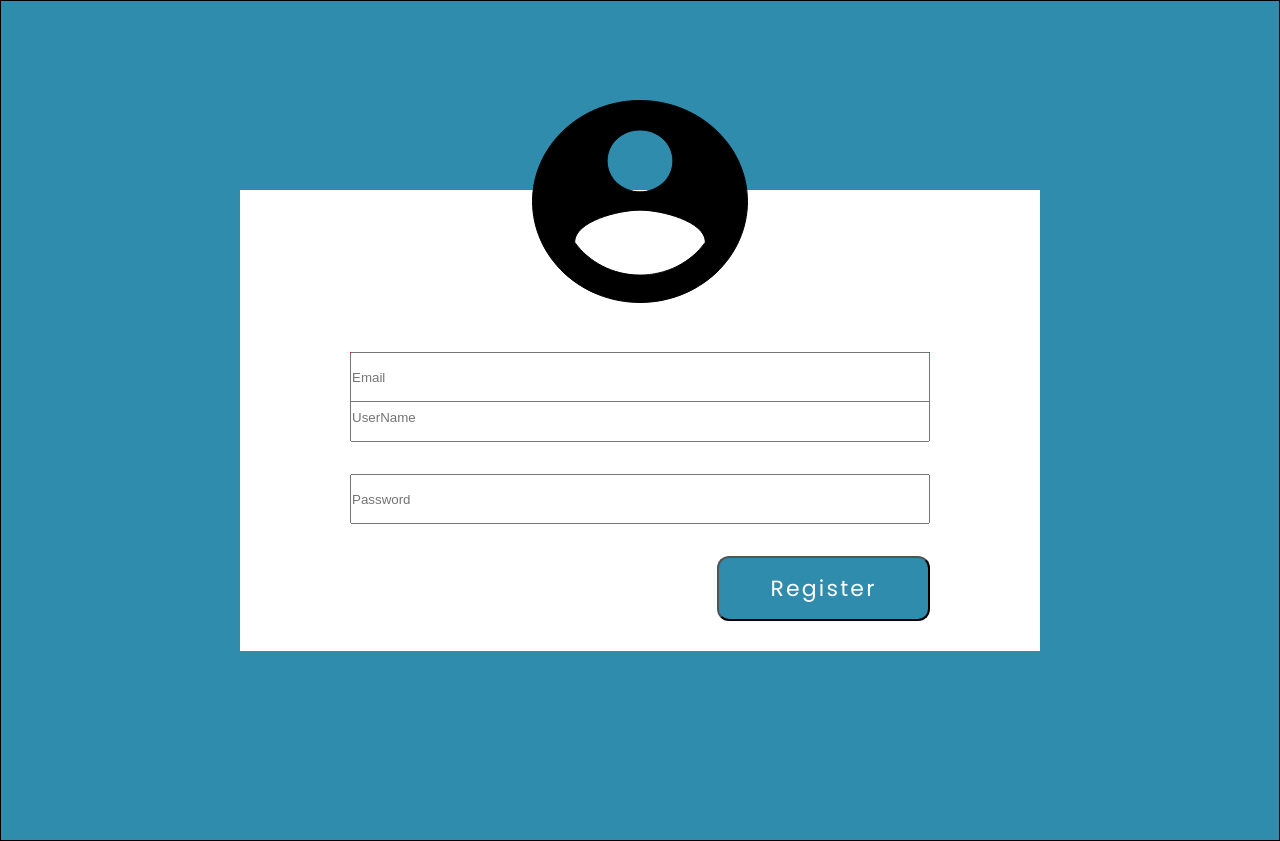
Repository: SabrinaSeydaliyeva/Agency-website
Page: pages/registerPage/index.html
The author's editor kept a copy of each file at every save. The page is drawn from the files as they stood at one save, then again after the next save.
The browser window is 1280 px wide. The pictures show the whole page.
The style sheet was rebuilt from its Sass, Less or Tailwind sources for each picture, by a compiler version that may differ from the author's.

Above is the page before, as saved 2023-09-14 16:09:51.

### pages/registerPage/index.html
<!DOCTYPE html>
<html lang="en">
<head>
    <meta charset="UTF-8">
    <meta http-equiv="X-UA-Compatible" content="IE=edge">
    <meta name="viewport" content="width=device-width, initial-scale=1.0">
    <title>Register</title>
    <link rel="stylesheet" href="../../css/reset.css">
    <link rel="stylesheet" href="index.css">
</head>
<body>
    <div class="container">

        <div class="form-box">
            <form action="">
                <label for="">
                    <!-- <svg xmlns="http://www.w3.org/2000/svg" width="22" height="23" viewBox="0 0 22 23" fill="none">
                        <path d="M19.25 4.3125H2.75C2.38533 4.3125 2.03559 4.46395 1.77773 4.73353C1.51987 5.00312 1.375 5.36875 1.375 5.75V17.25C1.375 17.6312 1.51987 17.9969 1.77773 18.2665C2.03559 18.536 2.38533 18.6875 2.75 18.6875H19.25C19.6147 18.6875 19.9644 18.536 20.2223 18.2665C20.4801 17.9969 20.625 17.6312 20.625 17.25V5.75C20.625 5.36875 20.4801 5.00312 20.2223 4.73353C19.9644 4.46395 19.6147 4.3125 19.25 4.3125ZM17.7375 5.75L11 10.6231L4.2625 5.75H17.7375ZM2.75 17.25V6.40406L10.6081 12.0894C10.7232 12.1728 10.8599 12.2176 11 12.2176C11.1401 12.2176 11.2768 12.1728 11.3919 12.0894L19.25 6.40406V17.25H2.75Z" fill="black"/>
                        </svg> -->
                    <input class="email-input" type="email" name="email"  placeholder="Email">
                </label>
                <input class="name-input" type="text" name="name"  placeholder="UserName">
                <input class="password-input" type="password"  placeholder="Password">
<div class="btn">
    <button>Register</button>

</div>
            </form>
        </div>

        <div class="profil-img">
            <img src="./images/profil.svg" alt="">
        </div>

    </div>
</body>
<script src="./index.js"></script>
</html>

### pages/registerPage/index.js
let form=document.querySelector("form")
let emailInput=document.querySelector(".email-input")
let nameInput=document.querySelector(".name-input")
let passwordInput=document.querySelector(".password-input")

form.addEventListener("submit", handleRegister)

function handleRegister(e) {
e.preventDefault()
console.log(emailInput.value);
console.log(nameInput.value);
console.log(passwordInput.value);

let person ={
    email: emailInput.value,
    name: nameInput.value,
    password: passwordInput.value,
}

console.log(person);
}

### pages/registerPage/index.scss
@import url('https://fonts.googleapis.com/css2?family=Poppins&display=swap');

.container {
  width: 100%;
  min-height: 100vh;
  padding: 189px;
  display: flex;
  justify-content: center;
  align-items: center;
  border: 1px solid #000;
  background: #2F8CAD;
  background: #2F8CAD, lightgray 50% / cover no-repeat;

  /* background: lightgray 50% / cover no-repeat; */
  box-shadow: 0px 4px 4px 0px rgba(0, 0, 0, 0.25);

  .profil-img {
    position: absolute;
    top: 100px;
    width: 216px;
    height: 203px;
  }
  .form-box {
    position: relative;
    width: 800px;
    padding: 162px 110px 30px 110px;
    background: #fff;

    form {
      label{
        background-color: red;
        width: 100%;
        height: 40px;
        display: block;
        position: relative;
        img{
          position: absolute;
     top: 50%;
     transform: translateY(-50%);
        }
      }
      input {
        margin-bottom: 32px;
        width: 100%;
        height: 50px;
      }

      .btn {
        display: flex;
        justify-content: flex-end;
        button {
          width: 213px;
          height: 65px;
          border-radius: 12px;
          background: #2f8cad;
          color: #fff;
          text-align: center;
          font-family: Poppins;
          font-size: 22px;
          font-style: normal;
          font-weight: 400;
          line-height: normal;
          letter-spacing: 2.2px;
        }
      }


    }
  }
}

Loaded but not shown: css/reset.css (common file)

After the next save:
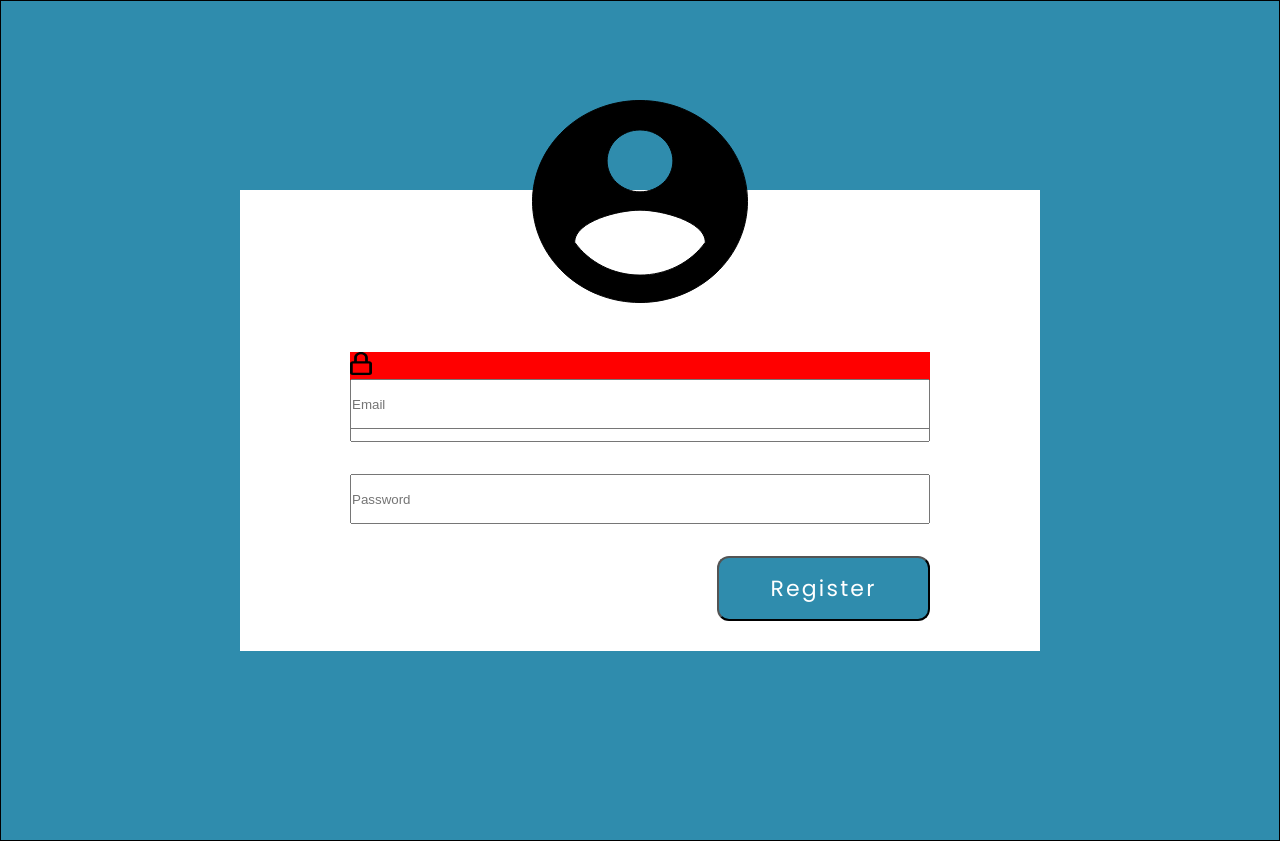
Saved 26 s later.
--- a/pages/registerPage/index.html
+++ b/pages/registerPage/index.html
@@ -17,6 +17,9 @@
                     <!-- <svg xmlns="http://www.w3.org/2000/svg" width="22" height="23" viewBox="0 0 22 23" fill="none">
                         <path d="M19.25 4.3125H2.75C2.38533 4.3125 2.03559 4.46395 1.77773 4.73353C1.51987 5.00312 1.375 5.36875 1.375 5.75V17.25C1.375 17.6312 1.51987 17.9969 1.77773 18.2665C2.03559 18.536 2.38533 18.6875 2.75 18.6875H19.25C19.6147 18.6875 19.9644 18.536 20.2223 18.2665C20.4801 17.9969 20.625 17.6312 20.625 17.25V5.75C20.625 5.36875 20.4801 5.00312 20.2223 4.73353C19.9644 4.46395 19.6147 4.3125 19.25 4.3125ZM17.7375 5.75L11 10.6231L4.2625 5.75H17.7375ZM2.75 17.25V6.40406L10.6081 12.0894C10.7232 12.1728 10.8599 12.2176 11 12.2176C11.1401 12.2176 11.2768 12.1728 11.3919 12.0894L19.25 6.40406V17.25H2.75Z" fill="black"/>
                         </svg> -->
+                        <svg xmlns="http://www.w3.org/2000/svg" width="22" height="23" viewBox="0 0 22 23" fill="none">
+                            <path d="M11 0C7.20913 0 4.125 2.57945 4.125 5.75V9.2H2.75C1.23337 9.2 0 10.2315 0 11.5V20.7C0 21.9685 1.23337 23 2.75 23H19.25C20.7666 23 22 21.9685 22 20.7V11.5C22 10.2315 20.7666 9.2 19.25 9.2H17.875V5.75C17.875 2.57945 14.7909 0 11 0ZM19.25 11.5L19.2528 20.7H2.75V11.5H19.25ZM6.875 9.2V5.75C6.875 3.8479 8.72575 2.3 11 2.3C13.2743 2.3 15.125 3.8479 15.125 5.75V9.2H6.875Z" fill="black"/>
+                            </svg>
                     <input class="email-input" type="email" name="email"  placeholder="Email">
                 </label>
                 <input class="name-input" type="text" name="name"  placeholder="UserName">
